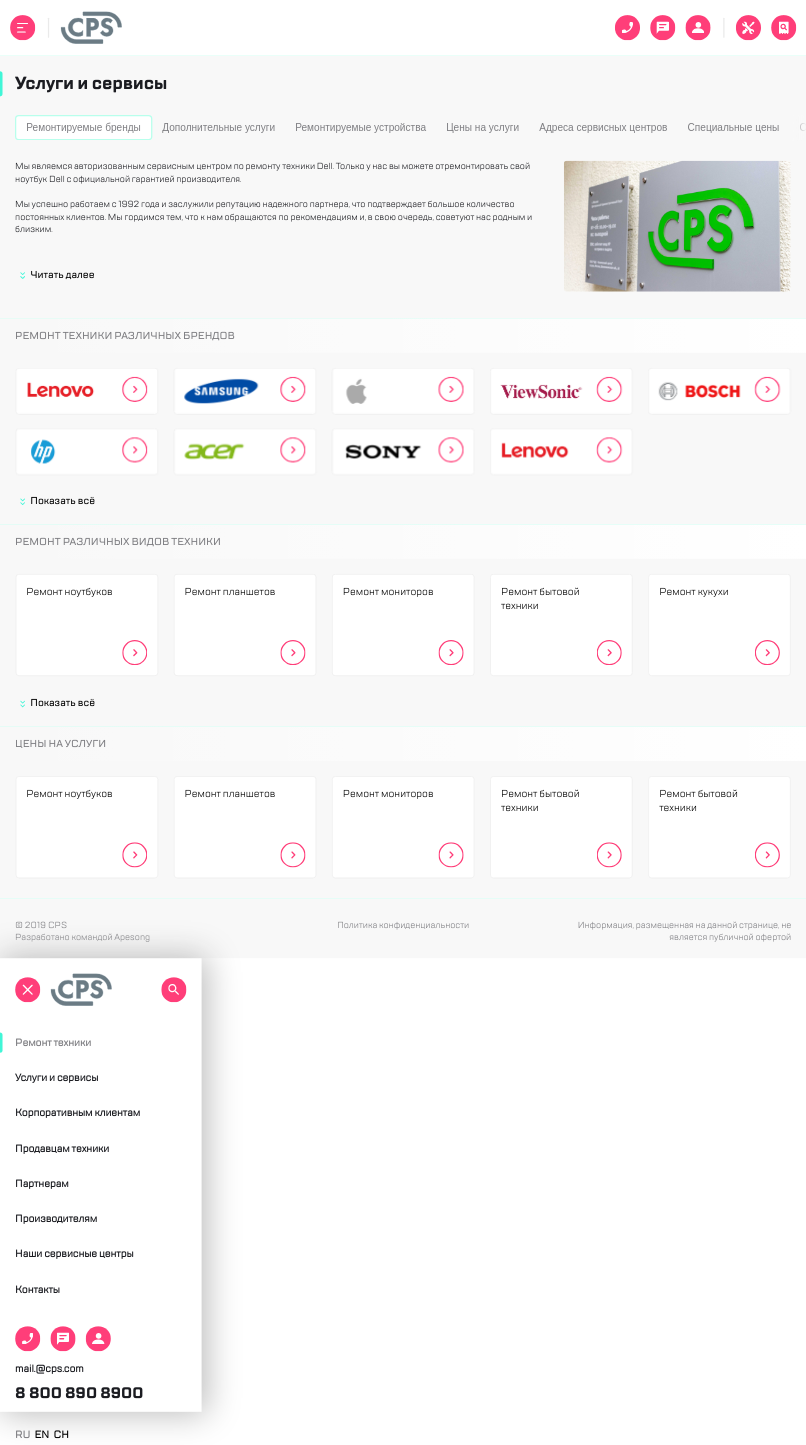
Repository: Dedoxa/WebCoreF
Page: /
These files come from the project's save history. The page is drawn as it stood at one moment and after the next save; the edit follows.
The browser window is 1280 px wide. The pictures show the whole page, at 63% of full size.
The project was rebuilt for these pictures with package versions that can differ from the ones it lists, and the page was loaded fresh each time. Also part of the build but not shown: webpack.config.js.

Above is the page before, as saved 2024-06-15 17:46:35.

After the next save:
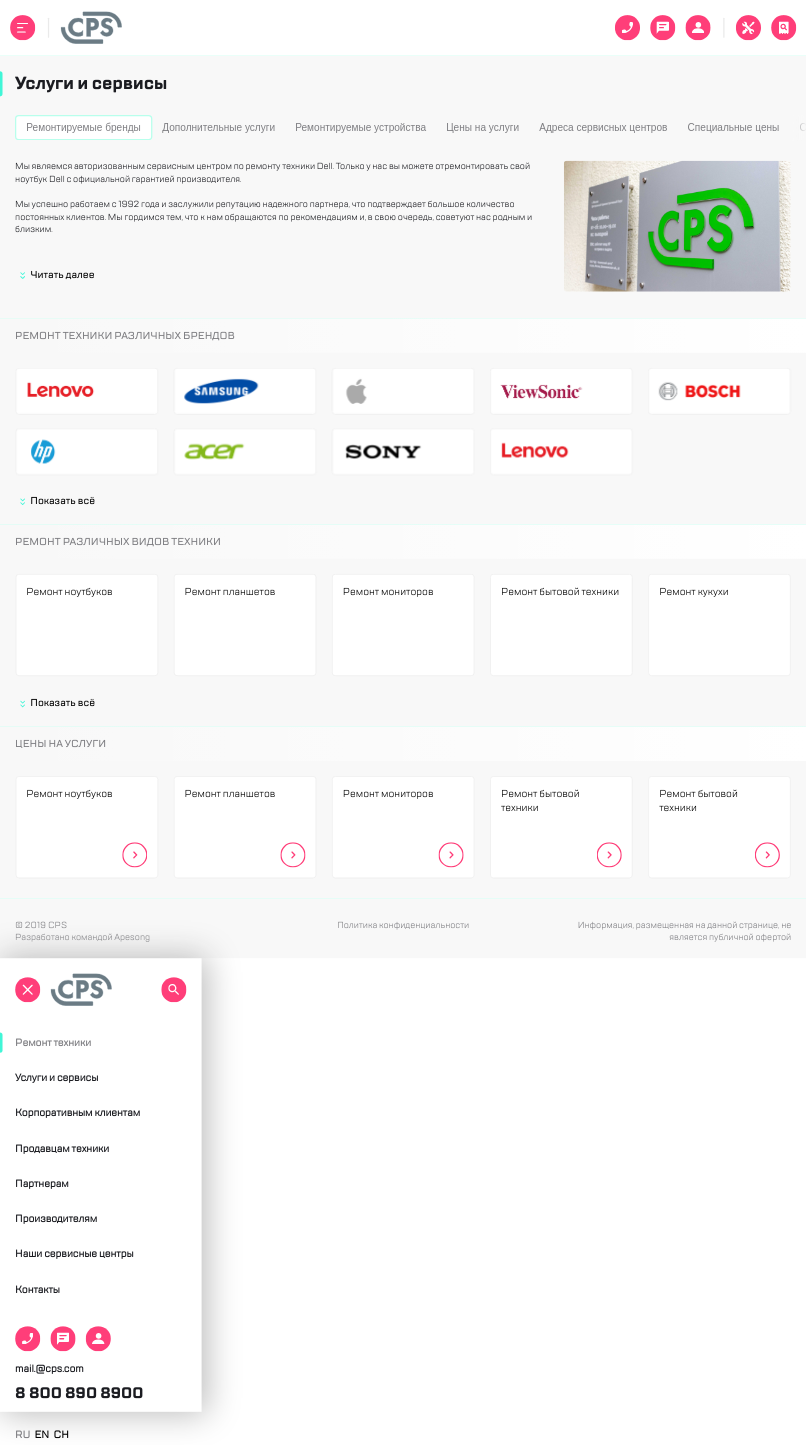
Saved 29 s later.
--- a/src/scss/plates.scss
+++ b/src/scss/plates.scss
@@ -181,10 +181,7 @@
     margin-left: 16px;
   }
 
-  .plates__dropdown {
-    content: url('../img/ic-dropdown.svg');
-    width: 40px;
-    height: 40px;
+  .plates__dropdown-wrapper {
     margin-right: 16px;
   }
 
